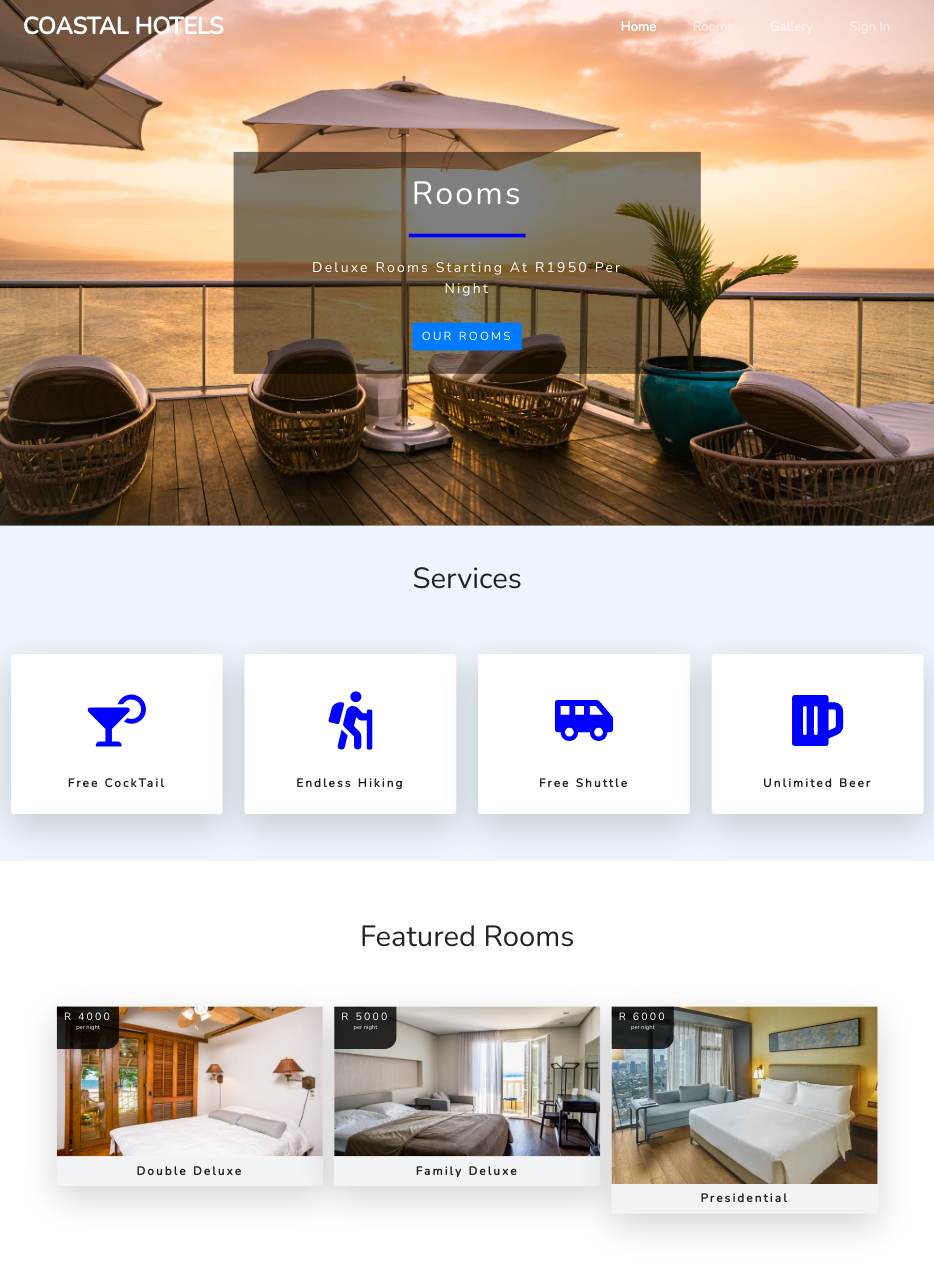
Repository: tebo27cMd/hotel
Page: /
These files come from the project's save history. The page is drawn as it stood at one moment and after a run of saves; the edit follows.
The browser window is 1280 px wide. The pictures show the whole page, at 73% of full size.
The project was rebuilt for these pictures with package versions that can differ from the ones it lists, and the page was loaded fresh each time. Also part of the build but not shown: src/components/RoomsFilter.jsx, src/components/RoomsList.jsx, src/components/RoomsContainer.jsx, src/pages/Rooms.jsx, src/components/StyledHero.jsx, src/firebase.js, src/pages/SingleRoom.jsx, src/pages/Error.jsx and 7 more.

Above is the page before, as saved 2022-11-16 13:19:17.

After the next 6 saves:
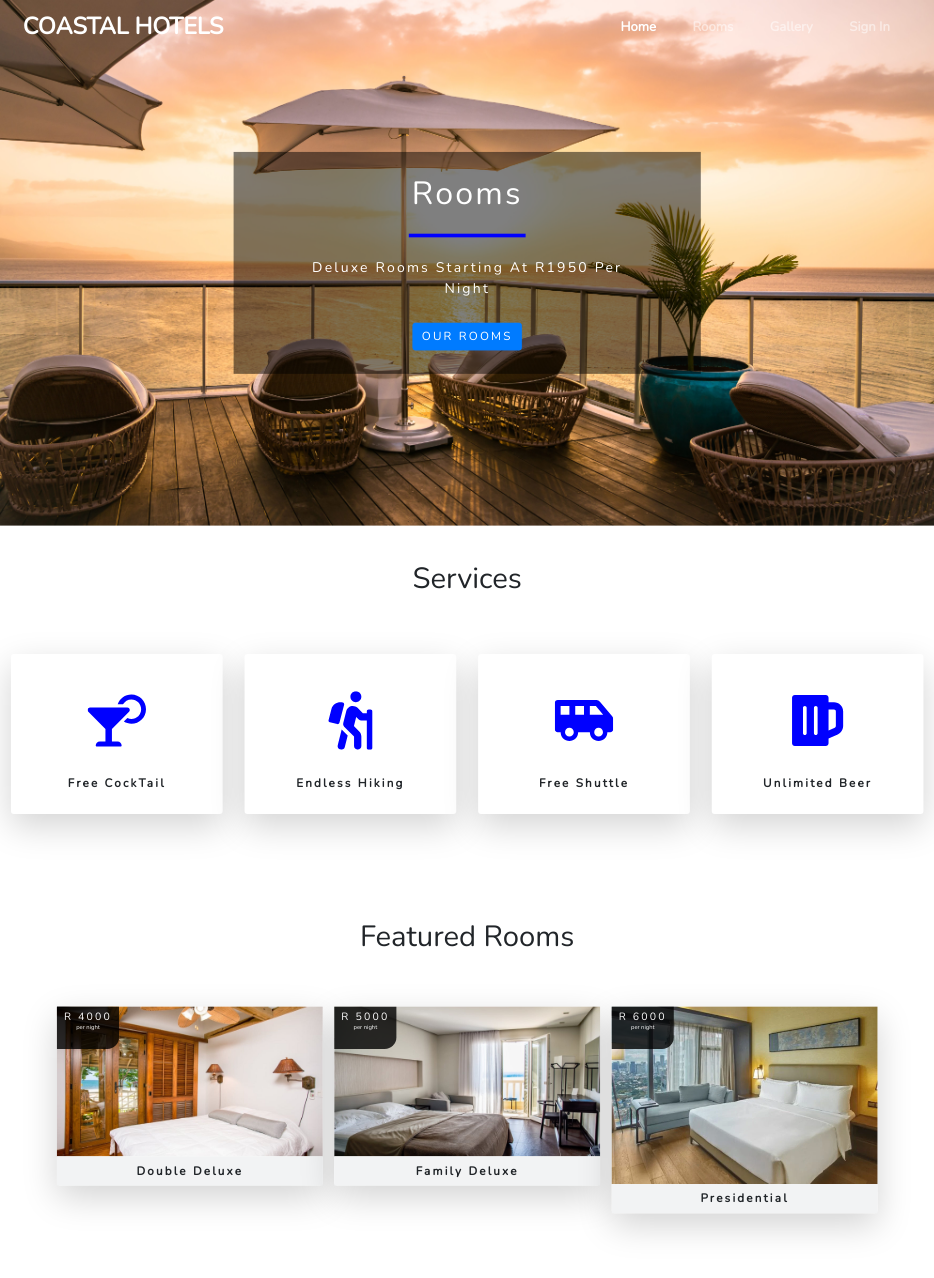
The 6 saves are shown as one change because they came seconds apart.
The last was saved 10 min 21 s later.
--- a/src/App.css
+++ b/src/App.css
@@ -265,7 +265,7 @@
   padding: 3rem 0;
 }
 .services {
-  background: #EBF5FB;
+  background: #E264EB9;
   text-align: center;
 }
 

After the save that followed:
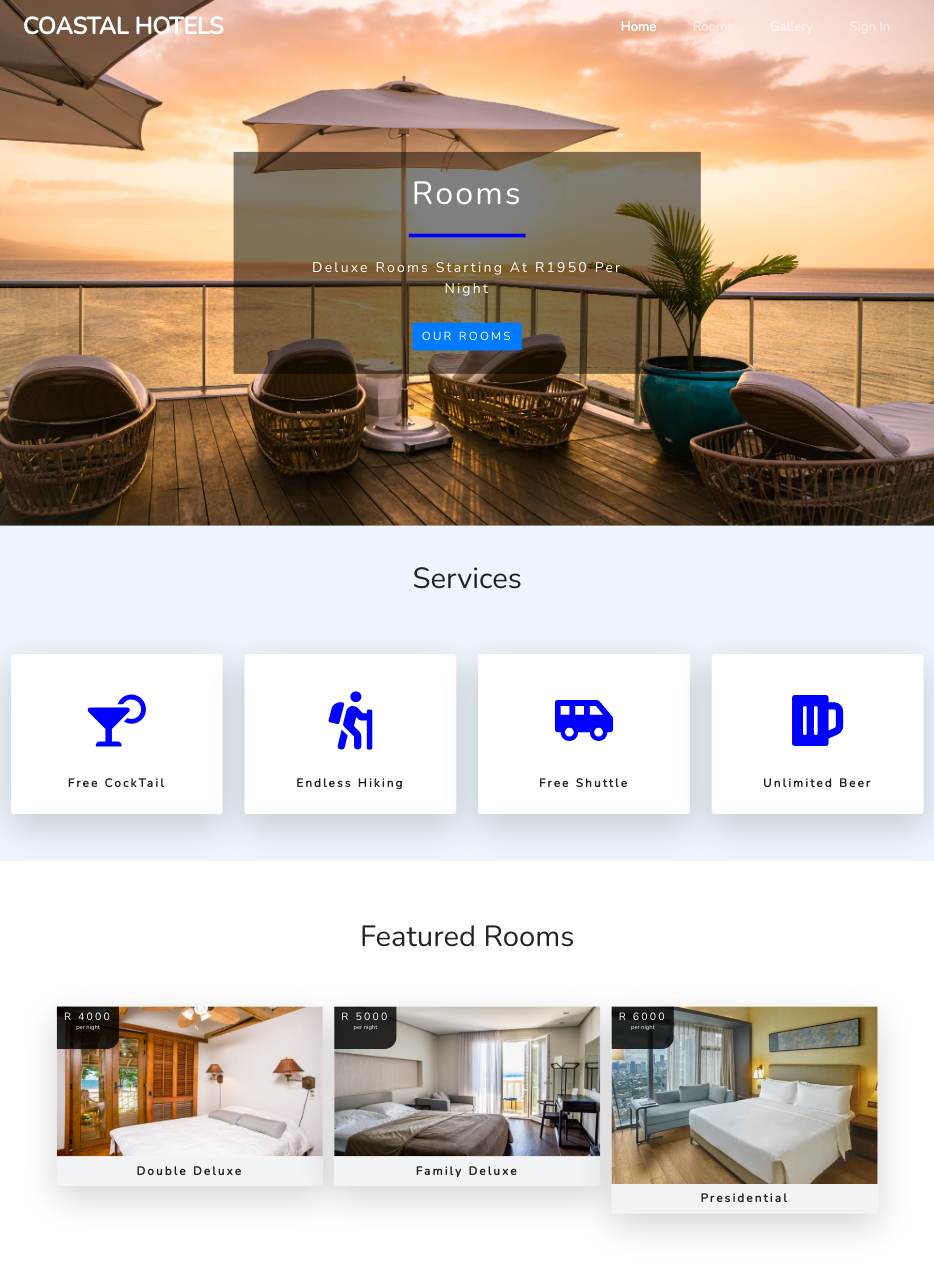
Saved 12 s later.
--- a/src/App.css
+++ b/src/App.css
@@ -265,7 +265,7 @@
   padding: 3rem 0;
 }
 .services {
-  background: #E264EB9;
+  background: #EBF5FB;
   text-align: center;
 }
 
